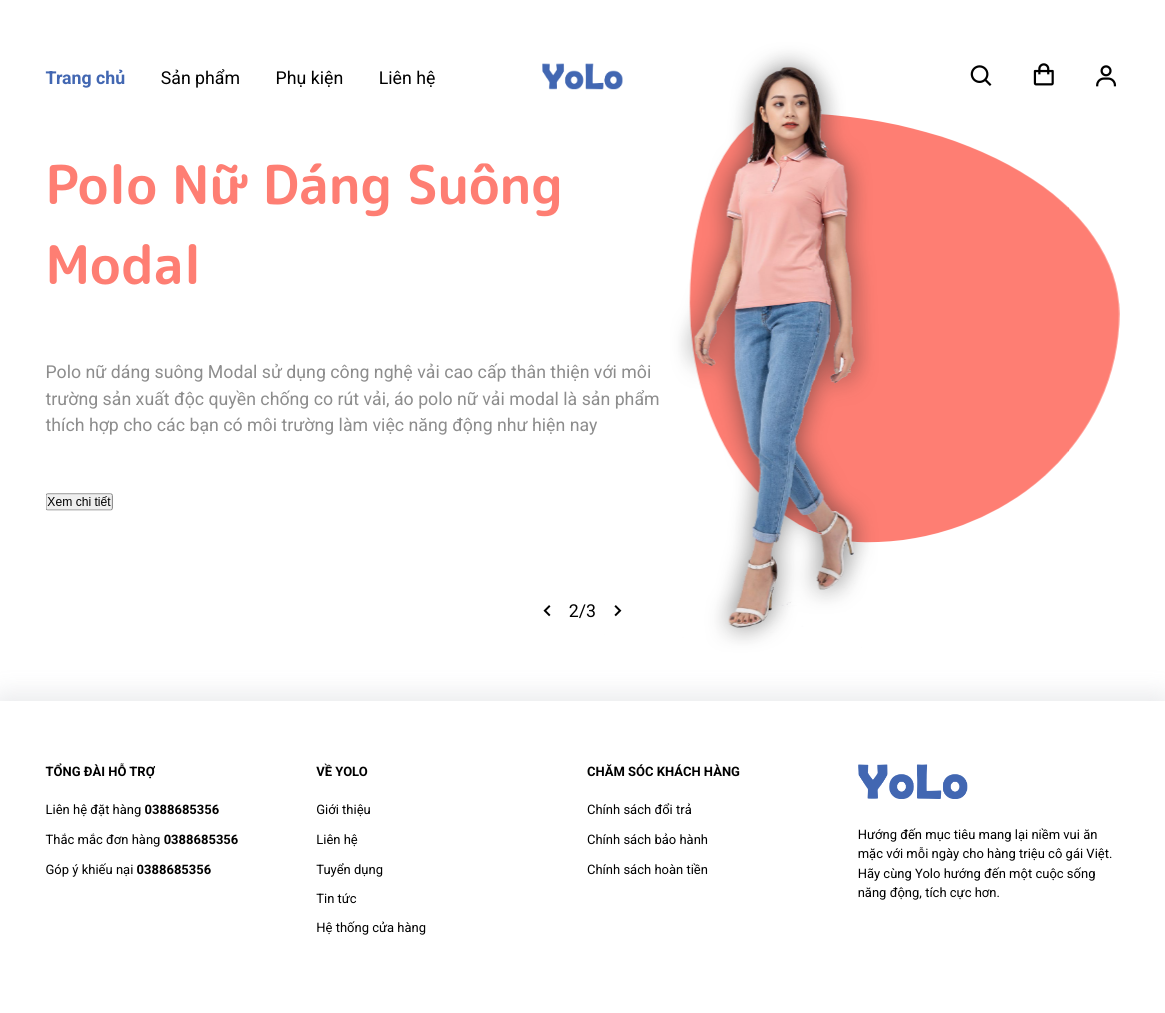
Repository: NguyenThanhBinh1210/Binh-React
Page: / (app in yoloshop/)
An editor plug-in stored every save of this project. The page is shown before and after a run of saves, followed by the edit.
The browser window is 1280 px wide. The pictures show the whole page, at 91% of full size.
The project was rebuilt for these pictures with package versions that can differ from the ones it lists, and the page was loaded fresh each time. A package was used in the major version that the imports need, not the one package.json lists. Also part of the build but not shown: yoloshop/src/pages/Product.jsx, yoloshop/src/pages/Catalog.jsx, yoloshop/src/pages/Cart.jsx, yoloshop/src/pages/Accessory.jsx, yoloshop/src/pages/Contact.jsx.

Above is the page before, as saved 2021-11-25 16:12:28.

After the next 2 saves:
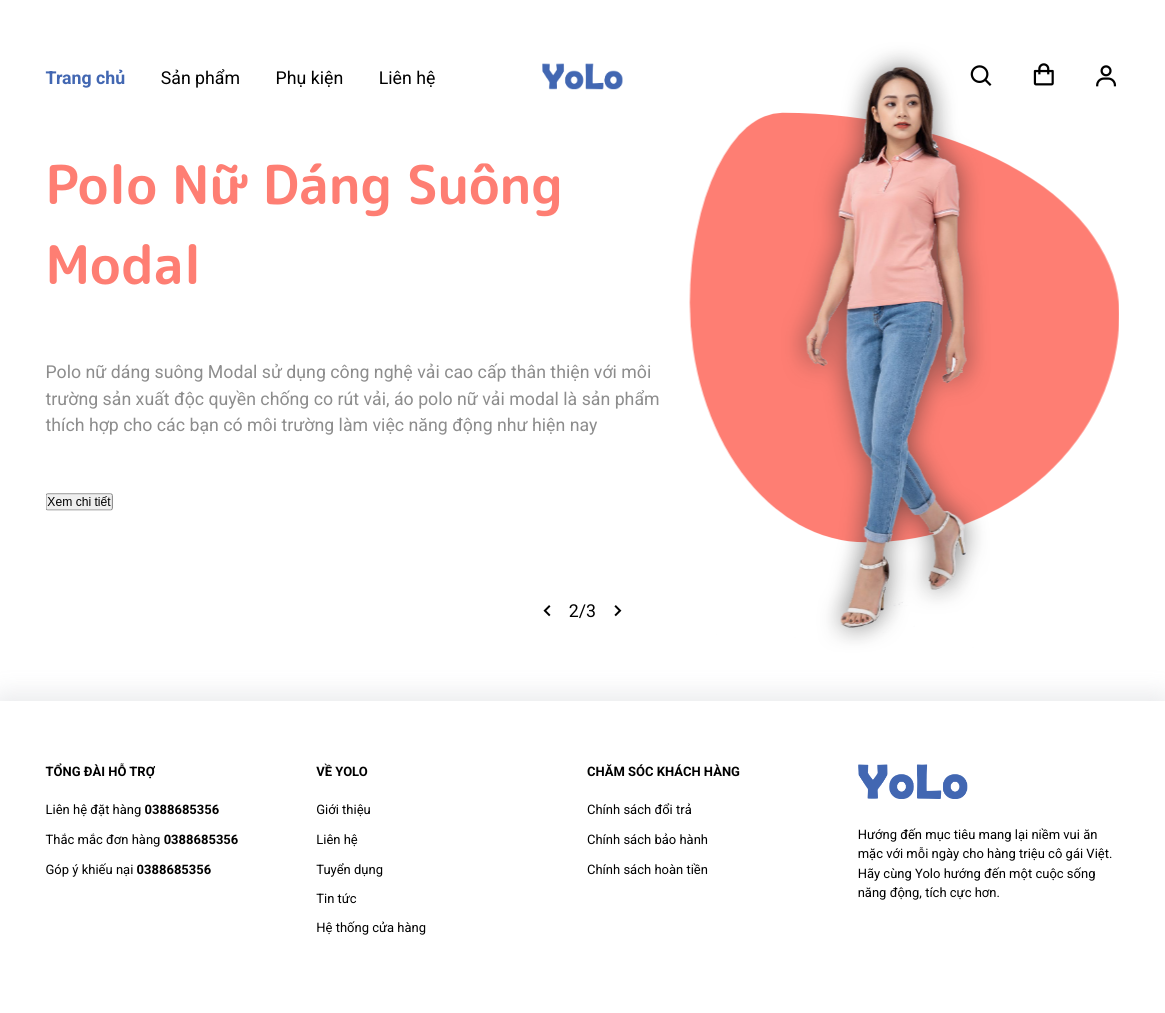
The 2 saves are shown as one change because they came seconds apart.
The last was saved 6 s later.
--- a/yoloshop/src/sass/components/_hero-slider.scss
+++ b/yoloshop/src/sass/components/_hero-slider.scss
@@ -60,7 +60,7 @@
 				height: 100vh;
 				position: absolute;
 				bottom: 0;
-				left: -25%;
+				left: 0;
 			}
 			.shape {
 				$size: 472px;
